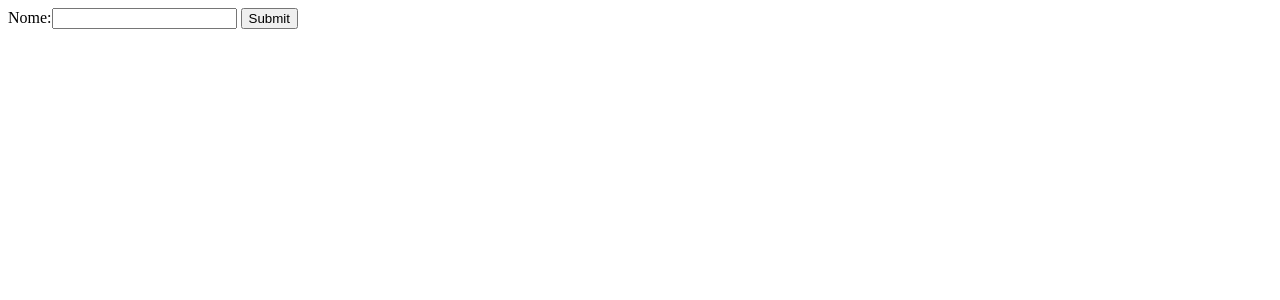
Repository: robsondmf1234/JAVA-EE
Page: http://localhost/gerenciador/formNovaEmpresa.jsp
An editor plug-in stored every save of this project. The page is shown before and after the next save, followed by the edit.
The browser window is 1280 px wide. The pictures show the whole page.
The page is served by Tomcat 9. Other server files are loaded and not shown.

Above is the page before, as saved 2019-06-12 21:20:38.

### gerenciador/WebContent/formNovaEmpresa.jsp
<%@ taglib uri="http://java.sun.com/jsp/jstl/core" prefix="c"%>
<c:url value="/gerenciador/novaEmpresa.jsp" var="linkServletNovaEmpresa"/>

<!DOCTYPE html>
<html>
<head>
<meta charset="ISO-8859-1">
<title>Insert title here</title>
</head>
<body>

	<form action="${linkServletNovaEmpresa}" method="post">
		Nome:<input name="nome" type="text">
		<input type="submit">
	</form>

</body>
</html>

After the next save:
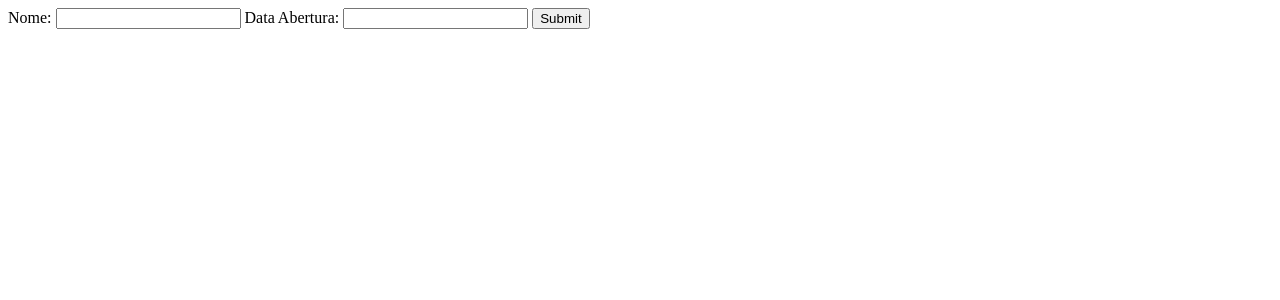
Saved 103 s later.
--- a/gerenciador/WebContent/formNovaEmpresa.jsp
+++ b/gerenciador/WebContent/formNovaEmpresa.jsp
@@ -10,7 +10,9 @@
 <body>
 
 	<form action="${linkServletNovaEmpresa}" method="post">
-		Nome:<input name="nome" type="text">
+		Nome: <input name="nome" type="text">
+		Data Abertura: <input name="nome" type="text">
+
 		<input type="submit">
 	</form>
 
